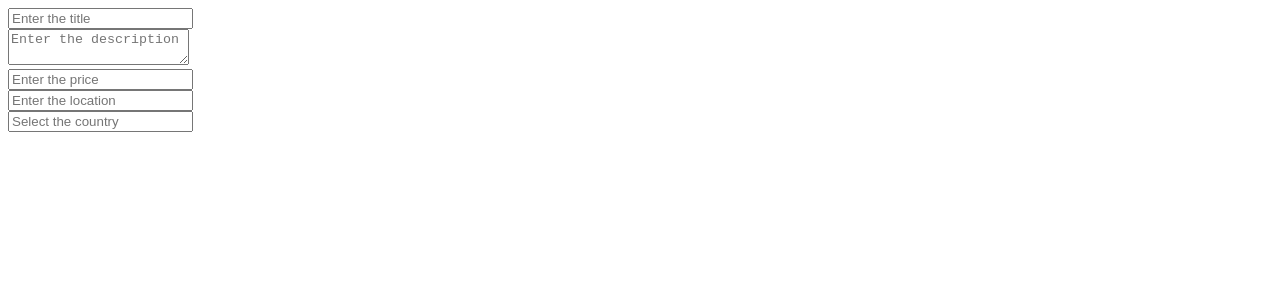
Repository: Mahanandapadavale123/majorProject
Page: http://localhost/listings/new
An editor plug-in stored every save of this project. The page is shown before and after the next save, followed by the edit.
The browser window is 1280 px wide. The pictures show the whole page.
The page is served by the project's Node server (app.js). Other server files are loaded and not shown.

Above is the page before, as saved 2024-08-09 23:20:40.

### views/listings/new.ejs
<!DOCTYPE html>
<html lang="en">
<head>
    <meta charset="UTF-8">
    <meta name="viewport" content="width=device-width, initial-scale=1.0">
    <title>WanderLust</title>
</head>
<body>
    <form action="/listings">
        <input type="text" name="Title" placeholder="Enter the title">
        <br>
        <textarea name="Description"  placeholder="Enter the description"></textarea><br>
        <input type="number" name="Price" placeholder="Enter the price"><br>
        <input type="text" name="Location" placeholder="Enter the location"><br>
        <input type="text" name="Country" placeholder="Select the country">
    </form>
</body>
</html>

### app.js
const express = require("express");
const app = express();
const mongoose = require("mongoose");
const Listing=require("./models/listing.js");
const path = require("path");

const MANGO_URL="mongodb://127.0.0.1:27017/wanderlust";


main()
.then( () =>{
    console.log("connected to DB");
})
.catch((err) => {
    console.log(err);
});

async function main() {
    await mongoose.connect(MANGO_URL);
}

app.set("view engine", "ejs");
app.set("views", path.join(__dirname, "views"));
app.use(express.urlencoded({extended: true}));


app.get("/", (req ,res) => {
 res.send("Hi , I am root");
});


//index route
app.get("/listings", async (req, res) =>{
     const allListings = await Listing.find({});
     res.render("listings/index.ejs", {allListings});
    });

//New Route
app.get("/listings/new", (req ,res) =>{
    res.render("listings/new.ejs");
})



    //show Route
   app.get("/listings/:id",async(req, res) =>{
    const {id} = req.params;
    const listing = await Listing.findById(id);
    res.render("listings/show.ejs",{listing});
   });



// app.get("/testListing", async (req, res) =>{
// let sampleListing = new Listing({
//     title:"My new villa",
//     description:"This is a beautiful villa with a pool",
//     price:1000,
//     location:"goa",
//     country:"India",
// });
// });


//  await sampleListing.save();
//  console.log("sample was saved");
//  res.send(" successful sample was saved");


app.listen(3000, () =>{
    console.log("server is listening to port 3000");

});

After the next save:
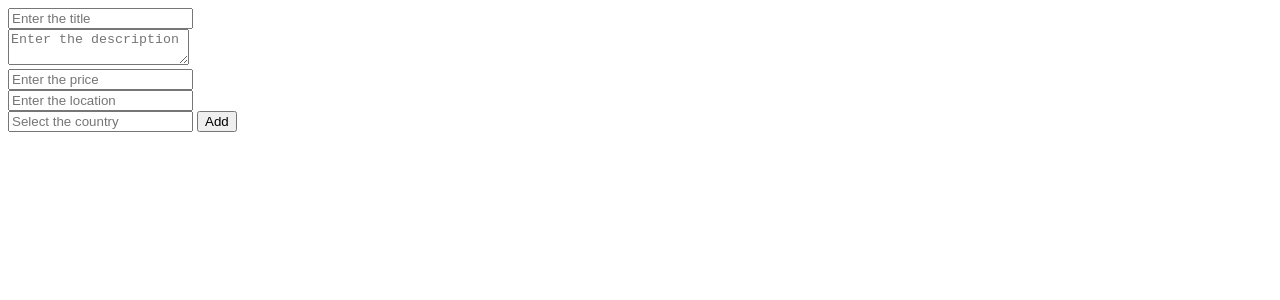
Saved 119 s later.
--- a/views/listings/new.ejs
+++ b/views/listings/new.ejs
@@ -13,6 +13,8 @@
         <input type="number" name="Price" placeholder="Enter the price"><br>
         <input type="text" name="Location" placeholder="Enter the location"><br>
         <input type="text" name="Country" placeholder="Select the country">
+
+        <button>Add</button>
     </form>
 </body>
 </html>
